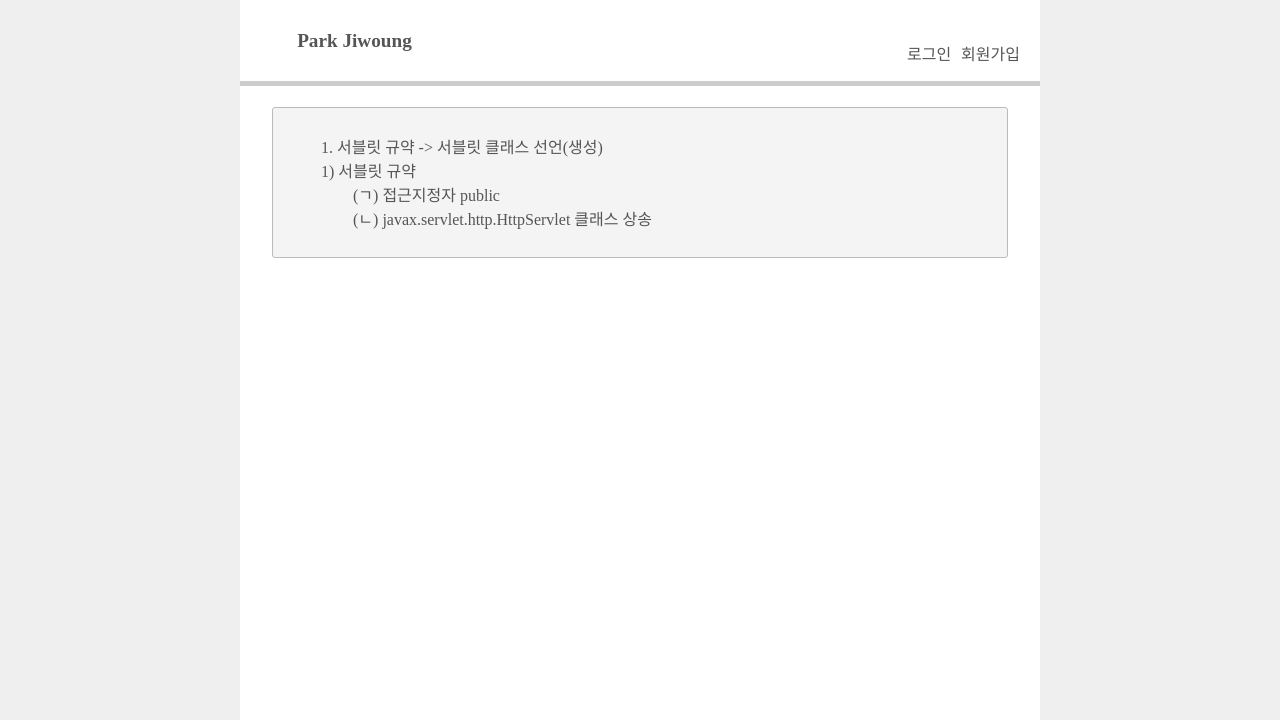
Repository: park-jiwoong/webClass
Page: http://localhost/jspPro/days02/ex03.jsp
These files come from the project's save history. The page is drawn as it stood at one moment and after a run of saves; the edit follows.
The browser window is 1280 px wide. The pictures show the whole page.
Some web fonts or font styles are not loaded; a fallback is used. The page is served by Tomcat 9.

Above is the page before, as saved 2025-05-22 06:26:49.

After the next 2 saves:
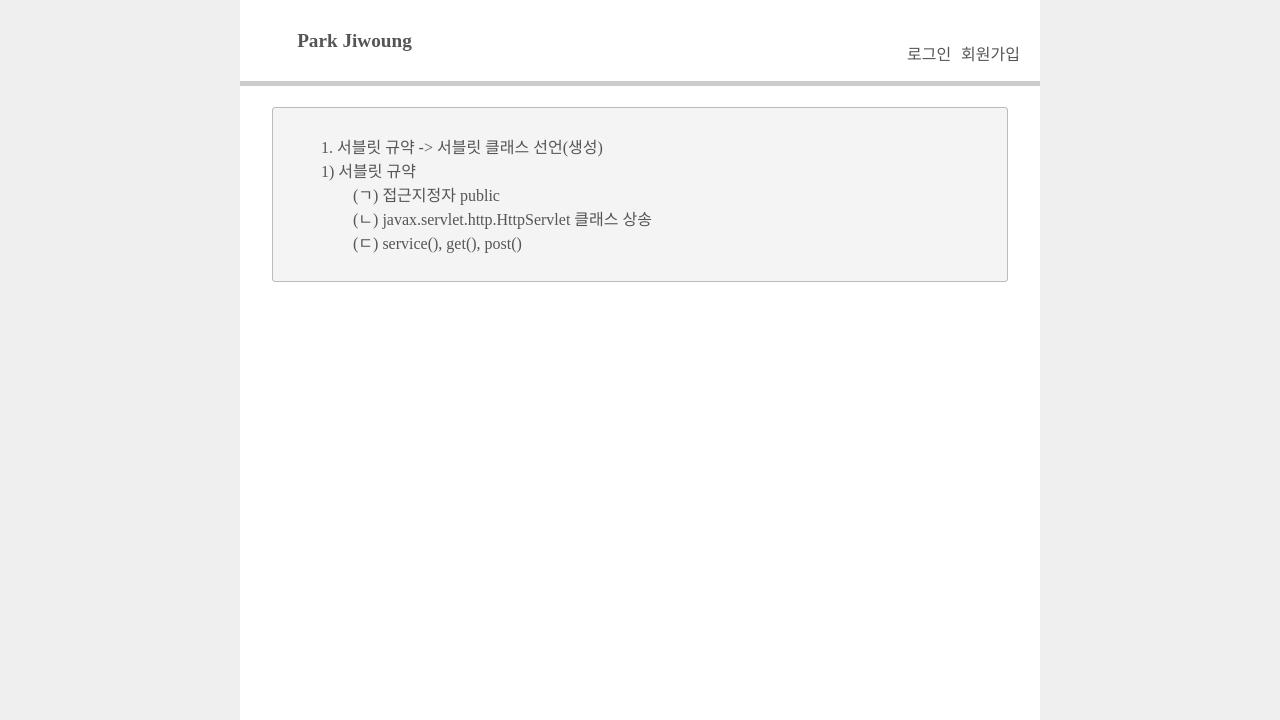
The 2 saves are shown as one change because they came seconds apart.
The last was saved 15 s later.
--- a/webPro/src/main/webapp/JSPClass/jspPro/src/main/webapp/days02/ex03.jsp
+++ b/webPro/src/main/webapp/JSPClass/jspPro/src/main/webapp/days02/ex03.jsp
@@ -29,6 +29,7 @@
     	1) 서블릿 규약
     		(ㄱ) 접근지정자 public
     		(ㄴ) javax.servlet.http.HttpServlet 클래스 상송
+    		(ㄷ) service(), get(), post()
     </xmp>
 </div>
 </body>
